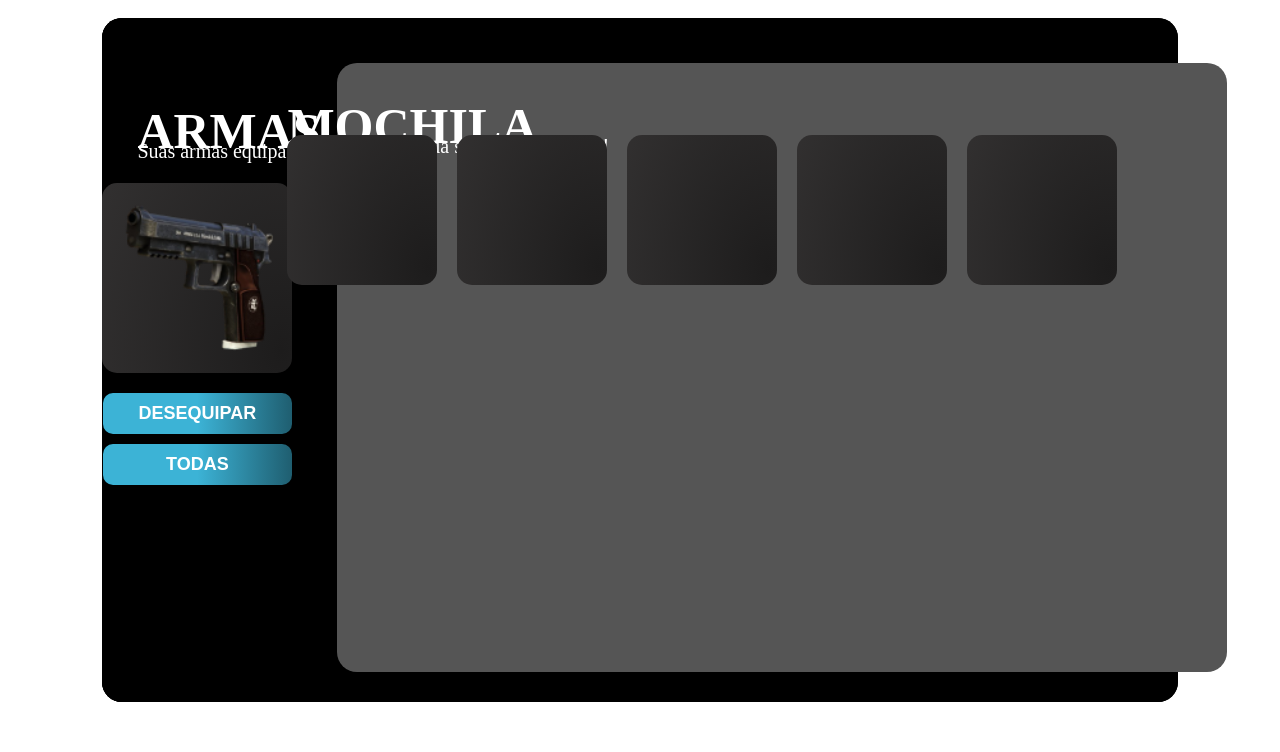
Repository: DuMCorrea/Mochila
Page: index.html
The author's editor kept a copy of each file at every save. The page is drawn from the files as they stood at one save, then again after the next save.
The browser window is 1280 px wide. The pictures show the whole page.
Some web fonts or font styles are not loaded; a fallback is used.

Above is the page before, as saved 2024-09-02 22:32:07.

After the next save:
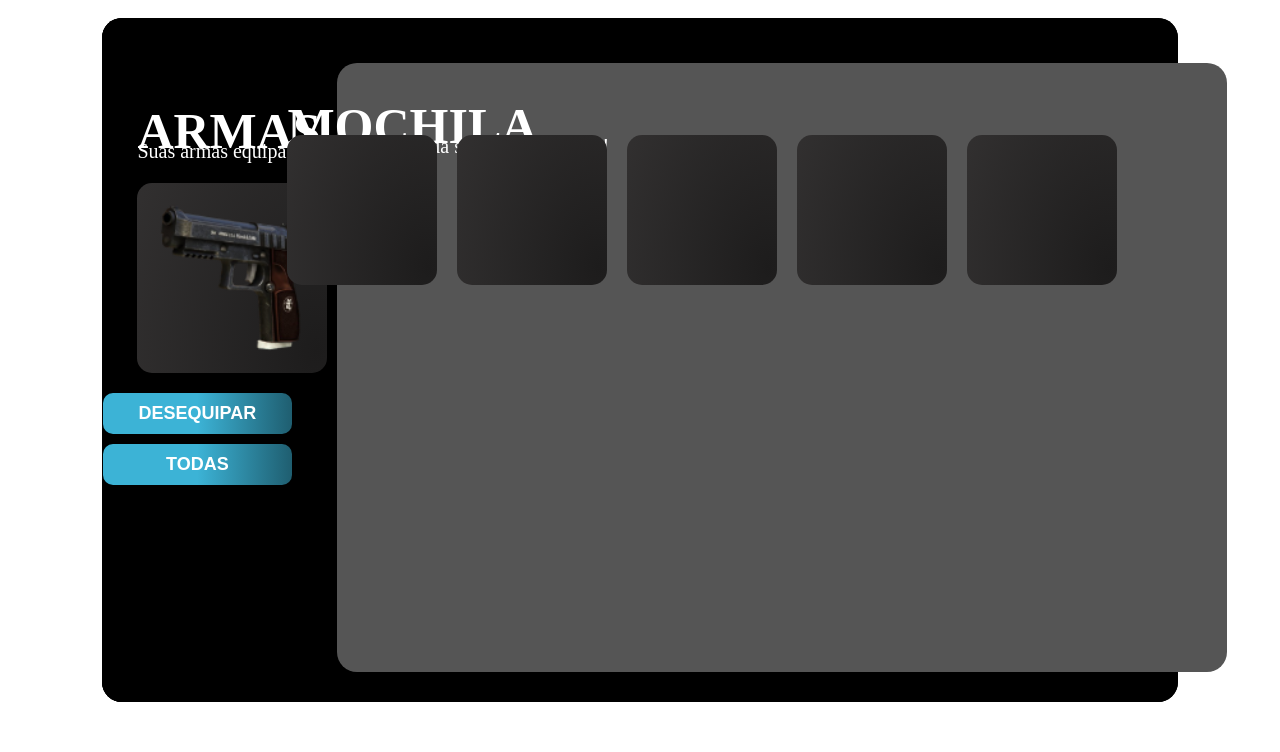
Saved 12 s later.
--- a/styles.css
+++ b/styles.css
@@ -96,6 +96,8 @@ body, html {
     justify-content: center;
     align-items: center;
     margin-top: 0px; /* Espaçamento acima da imagem */
+    position: relative;
+    left: 35px;
 }
 
 .image-container img {
